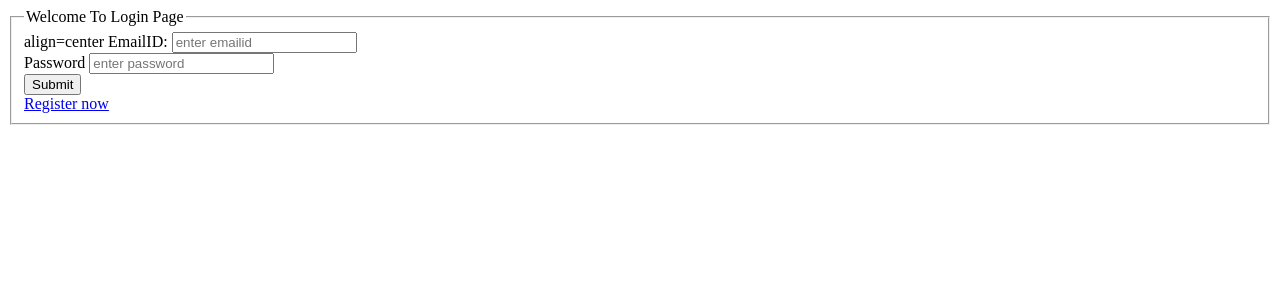
Repository: Tharungandhi/ServeltProject
Page: LginRegistrationApp/WebContent/login.html
An editor plug-in stored every save of this project. The page is shown before and after the next save, followed by the edit.
The browser window is 1280 px wide. The pictures show the whole page.

Above is the page before, as saved 2019-01-22 10:26:19.

### LginRegistrationApp/WebContent/login.html
<!DOCTYPE html>
<html>
<head>
<meta charset="UTF-8">
<title>Login Page</title>
</head>
<body>
<form action="login" method="post">

<fieldset>
<legend>Welcome To Login Page</legend>
<div>align=center
<label>EmailID:</label>
<input type="email" name="emailid"  placeholder="enter emailid" value="" required/> </div>
<div>
<label>Password</label>
<input type="password" name="password"  placeholder="enter password" value="" required/>
</div>
<input type="submit" name="submit"/>
<div>
<a href=registration.html> Register now </a> </div>
</fieldset>
</form>
</body>
</html>

After the next save:
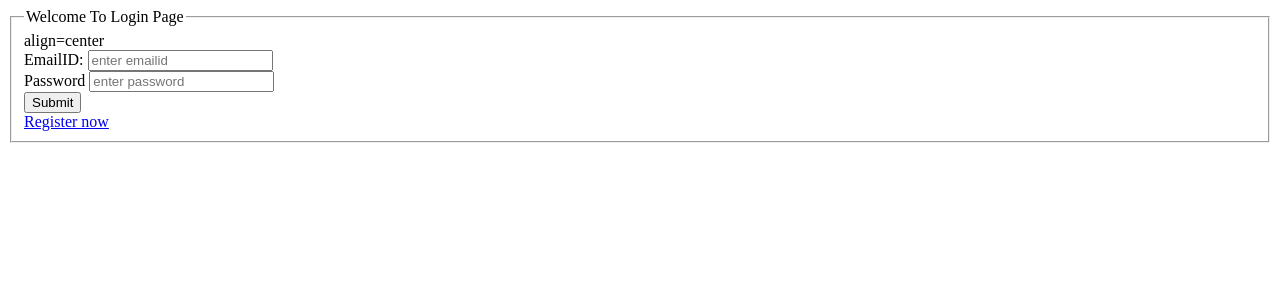
Saved 34 s later.
--- a/LginRegistrationApp/WebContent/login.html
+++ b/LginRegistrationApp/WebContent/login.html
@@ -9,7 +9,7 @@
 
 <fieldset>
 <legend>Welcome To Login Page</legend>
-<div>align=center
+<div>align=center</div>
 <label>EmailID:</label>
 <input type="email" name="emailid"  placeholder="enter emailid" value="" required/> </div>
 <div>
